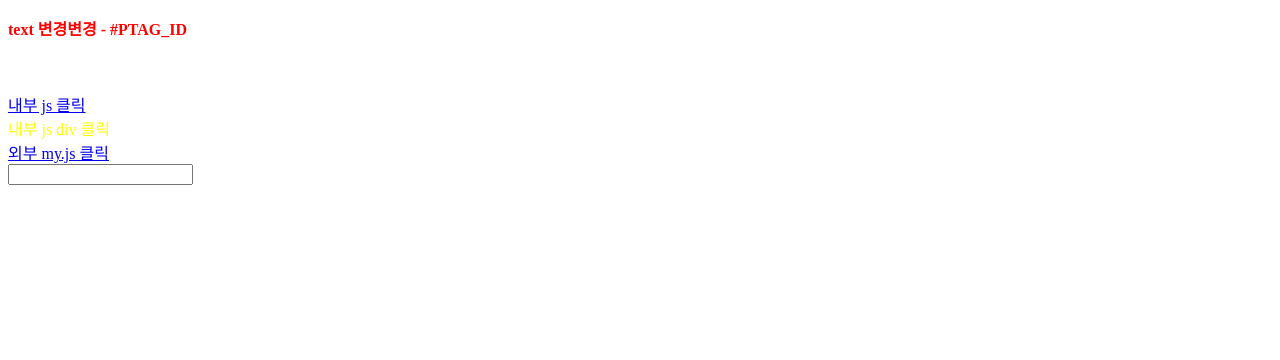
Repository: hinoky4693/workspace
Page: http://localhost/web_prj/lec_script.jsp
The author's editor kept a copy of each file at every save. The page is drawn from the files as they stood at one save, then again after the next save.
The browser window is 1280 px wide. The pictures show the whole page.
The page is served by Tomcat 9.

Above is the page before, as saved 2024-05-24 05:26:39.

After the next save:
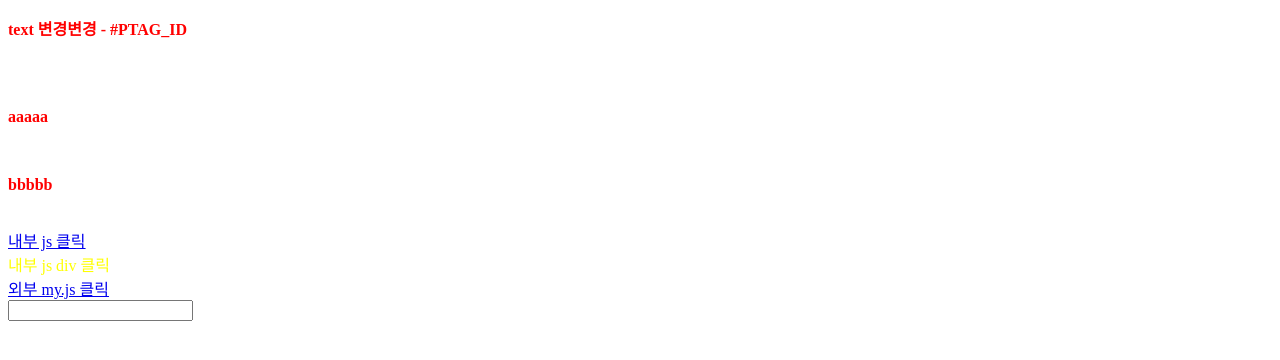
Saved 69 s later.
--- a/web_prj/src/main/webapp/lec_script.jsp
+++ b/web_prj/src/main/webapp/lec_script.jsp
@@ -48,6 +48,9 @@
 <body>
 
 	<p id="PTAG_ID">Not loaded yet.</p> <br><br>
+	<p class="PTAG_CLASS">aaaaa</p><br>
+	<p id="PTAG_CLASS">bbbbb</p><br>
+
 
 	<!-- Java 호출
 	import webapp.js.all
